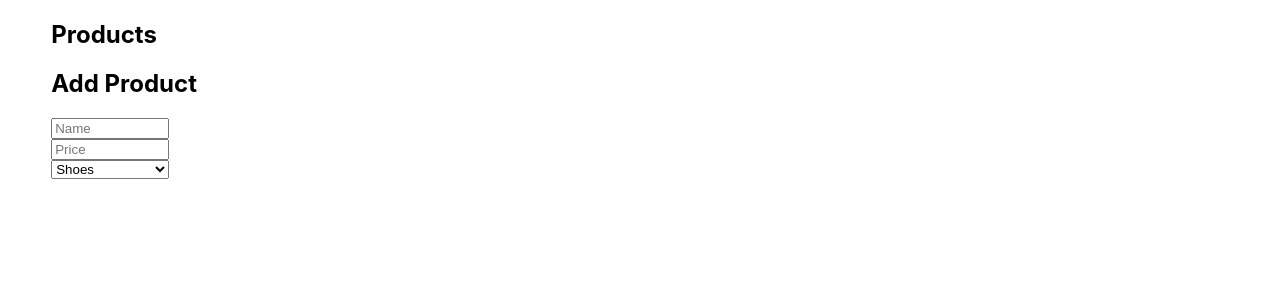
Repository: zcoderboy/redux-workout
Page: /
These files come from the project's save history. The page is drawn as it stood at one moment and after a run of saves; the edit follows.
The browser window is 1280 px wide. The pictures show the whole page.
The project was rebuilt for these pictures with package versions that can differ from the ones it lists, and the page was loaded fresh each time. Also part of the build but not shown: src/Product.js.

Above is the page before, as saved 2020-08-17 15:18:37.

After the next 2 saves:
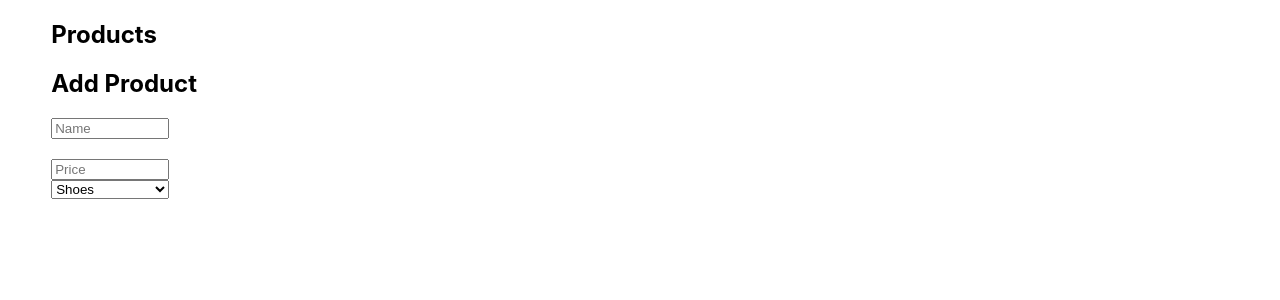
The 2 saves are shown as one change because they came seconds apart.
The last was saved 33 s later.
--- a/src/ProductAdd.js
+++ b/src/ProductAdd.js
@@ -1,7 +1,6 @@
 import React from 'react'
 
 const ProductAdd = (props) => {
-  console.log(props)
   return (
     <>
       <h2>Add Product</h2>
@@ -10,7 +9,7 @@
         flexDirection: "column",
         width: "10%"
       }}>
-        <input type="text" name="name" placeholder="Name"></input>
+        <input type="text" name="name" placeholder="Name"></input><br></br>
         <input type="number" name="price" placeholder="Price"></input>
         <select name="category">
           <option value="test">Shoes</option>

After the save that followed:
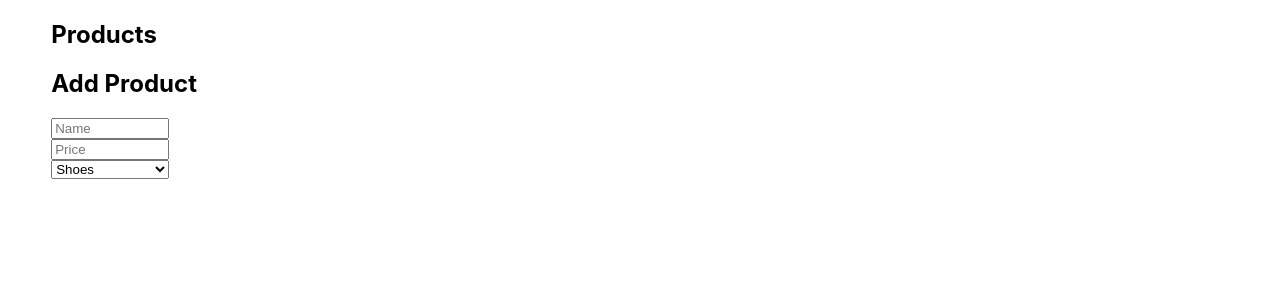
Saved 6 s later.
--- a/src/ProductAdd.js
+++ b/src/ProductAdd.js
@@ -9,7 +9,7 @@
         flexDirection: "column",
         width: "10%"
       }}>
-        <input type="text" name="name" placeholder="Name"></input><br></br>
+        <input type="text" name="name" placeholder="Name"></input>
         <input type="number" name="price" placeholder="Price"></input>
         <select name="category">
           <option value="test">Shoes</option>
